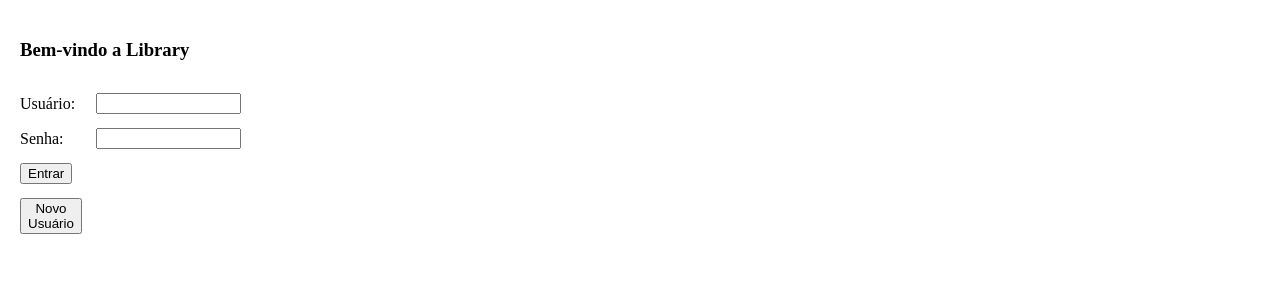
Repository: lmsmorais/ProjectEpiousion
Page: http://localhost/LibraryProject/
The author's editor kept a copy of each file at every save. The page is drawn from the files as they stood at one save, then again after the next save.
The browser window is 1280 px wide. The pictures show the whole page.
The page is served by Tomcat 9. Other server files are loaded and not shown.

Above is the page before, as saved 2020-11-11 20:38:30.

### LibraryProject/WebContent/index.jsp
<%@ page language="java" contentType="text/html; charset=ISO-8859-1"
    pageEncoding="ISO-8859-1"%>
<!DOCTYPE html>
<html>
<head>
<meta charset="ISO-8859-1">
<title>Login</title>
	</head>
	<body>
		<form method="post" action='${pageContext.request.contextPath}/Login'>
			<table cellspacing="10" cellpadding="2" width="5%">
				<tr>
					<td colspan="2">
						<h3> Bem-vindo a Library</h3>
							<p>
					</td>
				</tr>
				<tr>
					<td>Usuário:</td>
					<td><input type="text" name="username" size="15"/></td>
				</tr>
				<tr>
					<td>Senha:</td>
					<td><input type="password" name="password" size="15"/></td>
				</tr>
				<tr>
					<td><button type="submit">Entrar</button></td>
				</tr>
				<tr>
					<td><button type="submit">Novo Usuário</button></td>
				</tr>
			</table>
		</form>
	</body>
</html>

After the next save:
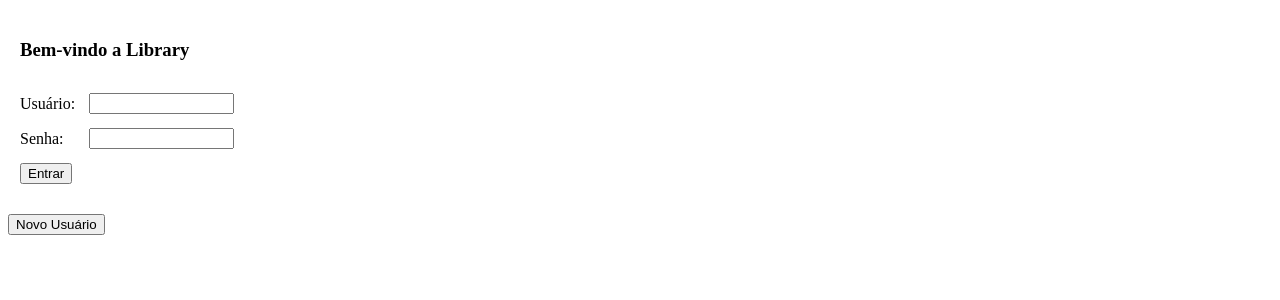
Saved 99 s later.
--- a/LibraryProject/WebContent/index.jsp
+++ b/LibraryProject/WebContent/index.jsp
@@ -26,10 +26,13 @@
 				<tr>
 					<td><button type="submit">Entrar</button></td>
 				</tr>
-				<tr>
+
+			</table>
+		</form>
+		<br>
+		<form method="post" action='${pageContext.request.contextPath}/Login'>
 					<td><button type="submit">Novo Usuário</button></td>
-				</tr>
-			</table>
+
 		</form>
 	</body>
 </html>
